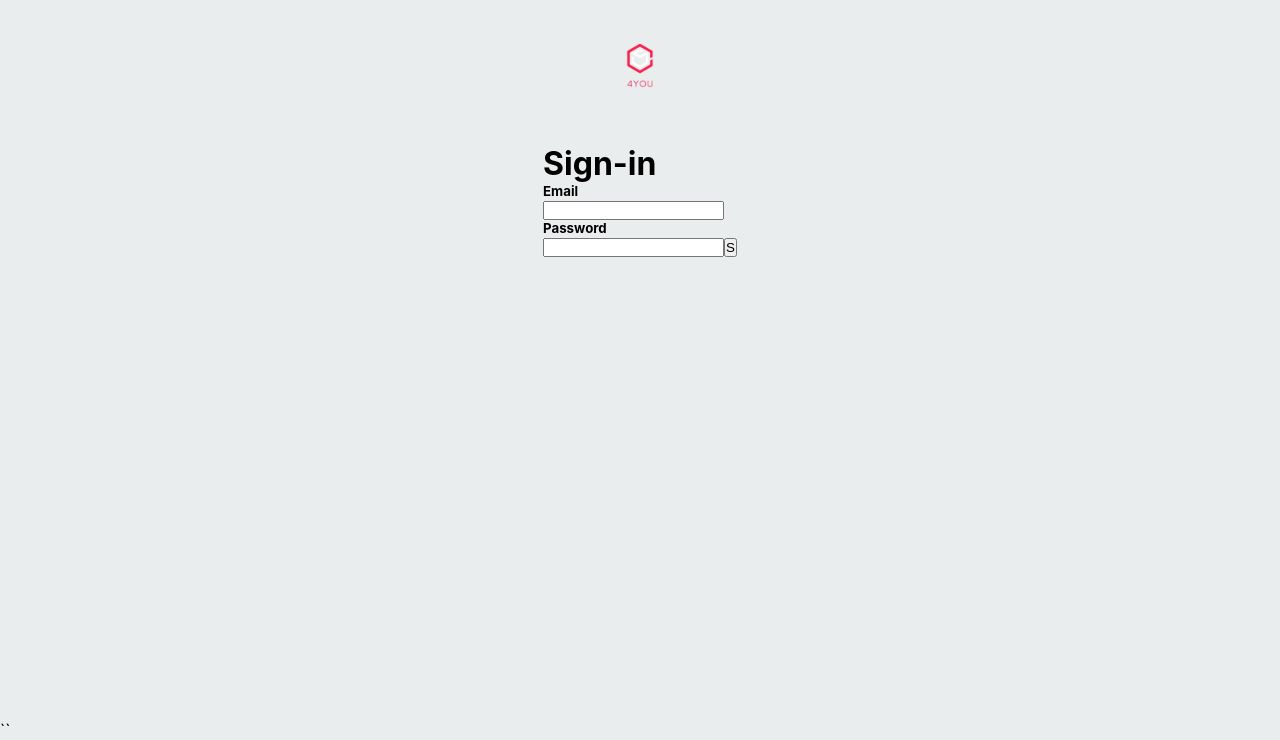
Repository: wansimathurin/4-YOU-ECOMMERCE
Page: /login
The author's editor kept a copy of each file at every save. The page is drawn from the files as they stood at one save, then again after a run of saves.
The browser window is 1280 px wide. The pictures show the whole page.
Some web libraries are served in a nearby version. The project was rebuilt for these pictures with package versions that can differ from the ones it lists, and the page was loaded fresh each time. Also part of the build but not shown: src/Header.js, src/Product.js, src/Home.css, src/Home.js, src/checkout.css, src/CheckoutProduct.css, src/CheckoutProduct.js, src/Checkout.js. Imported but missing from the stored project, and not drawn on this page: src/video.mp4.

Above is the page before, as saved 2021-06-08 05:14:26.

### public/index.html
<!DOCTYPE html>
<html lang="en">
  <head>
    <script src="https://kit.fontawesome.com/a076d05399.js" crossorigin="anonymous"></script>
    <meta charset="utf-8" />
    <link rel="icon" href="%PUBLIC_URL%/favicon.ico" />
    <meta name="viewport" content="width=device-width, initial-scale=1" />
    <meta name="theme-color" content="#000000" />
    <meta
      name="description"
      content="Web site created using create-react-app"
    />
    <link rel="apple-touch-icon" href="%PUBLIC_URL%/logo192.png" />
    <!--
      manifest.json provides metadata used when your web app is installed on a
      user's mobile device or desktop. See https://developers.google.com/web/fundamentals/web-app-manifest/
    -->
    <link rel="manifest" href="%PUBLIC_URL%/manifest.json" />
    <!--
      Notice the use of %PUBLIC_URL% in the tags above.
      It will be replaced with the URL of the `public` folder during the build.
      Only files inside the `public` folder can be referenced from the HTML.

      Unlike "/favicon.ico" or "favicon.ico", "%PUBLIC_URL%/favicon.ico" will
      work correctly both with client-side routing and a non-root public URL.
      Learn how to configure a non-root public URL by running `npm run build`.
    -->
    <title>React App</title>
  </head>
  <body>
    <noscript>You need to enable JavaScript to run this app.</noscript>
    <div id="root"></div>
    <!--
      This HTML file is a template.
      If you open it directly in the browser, you will see an empty page.

      You can add webfonts, meta tags, or analytics to this file.
      The build step will place the bundled scripts into the <body> tag.

      To begin the development, run `npm start` or `yarn start`.
      To create a production bundle, use `npm run build` or `yarn build`.
    -->
  </body>
</html>

### src/App.js
import React from "react";
import "./App.css";
import Header from './Header';
import Home from './Home';
import Checkout from './Checkout'
import Login from "./Login"

import { BrowserRouter as Router, Switch, Route } from "react-router-dom";

function App() {
  return (
    <Router>
        <div className="app">
          <Switch>
              <Route path="/checkout">
                    <Header />
                    <Checkout />
              </Route>
              <Route path="/login">
                    <Login />``
              </Route>
              <Route path="/">
                 <Header />
                 <Home />

              </Route>


          </Switch>
        </div>
    </Router>
  );
}

export default App;

### src/StateProvider.js
// setup data layer
// we need this to track the basket
import React, { createContext, useContext, useReducer } from "react";
//This is the data layer
export const StateContext = createContext()
//Build a provider
export const StateProvider = ({reducer, initialState, children}) => (
    <StateContext.Provider value={useReducer(reducer, initialState)}>
        {children}
    </StateContext.Provider>
)
//This is how we use it inside of a component
export const useStateValue = () => useContext(StateContext)

### src/reducer.js
export const initialState = {
    basket: [
      {
        id:"4444",
        title:"Poodle ( Toto )",
        price:2800,
        rating:3,
        image:"http://loveteacuppuppy.com/wp-content/uploads/2020/01/KakaoTalk_20200128_184810841-600x600.jpg",
      },
    ],
    user: null
}

export const getBasketTotal = (basket) => basket?.reduce((amount, item) => item.price + amount, 0);

function reducer(state, action) {
    switch(action.type) {
        case "SET_USER":
            return {
                ...state,
                user: action.user
            }
        case "ADD_TO_BASKET":
            return {
                ...state,
                basket: [...state.basket, action.item]
            };
        case 'REMOVE_FROM_BASKET':
            let newBasket  = [...state.basket];
            const index = state.basket.findIndex((basketItem) => basketItem.id === action.id);
            if(index >= 0) {
                //item exist in the basket, remove it
                newBasket.splice(index, 1)
            } else {
                console.warn (
                    `Can't remove product{id: ${action.id}} as it is not in the basket`
                );
            }
            return{
                ...state,
                basket: newBasket
            };
        default:
            return state
    }
}
export default reducer;

### src/Login.js
import React from 'react';
import "./Login.css";
import logo1  from "./logo1.png";
import {Link} from "react-router-dom";

function Login() {
    return (
        <div className="Login">
            <Link to="/">
            <img className="header__logo" src={logo1} alt=""></img>
            </Link>
            <div className="Login__container">
                <h1>Sign-in</h1>
                <form>
                    <h5>Email</h5>
                    <input type="text"/>
                    <h5>Password</h5>
                    <input type="password"/>
                    <button type="">S</button>
                </form>
            </div>
        </div>
    )
}

export default Login

### src/Header.css
.header{
    background-color:#296073;
    display:flex;
    align-items:center;
    position: sticky;
    top:0;
    z-index:100;
  }

.header__logo{
    width:100px;
    margin-left: 20px;
    margin-right: 20px;
    margin-top:18px;
    object-fit:contain;
}

.hearder__searchIcon{
   background-color:#f49432;
   padding:5px;
   height:22px !important;

}
.hearder__optionLineOne{
    font-size: 10px;
}
.hearder__optionLineTwo{
    font-size: 13px;
    font-weight: 800;
}
.header__search{
    display:flex;
    flex:1;
}
.header__searchInput{
    height:12px;
    padding:10px;
    border:none;
    width:100%;
}
.hearder__nav{
    display:flex;
    justify-content:space-evenly;
}
.hearder__link{
    display:flex;
    flex-direction: column;
    color: white;
    text-decoration: none;
}
.hearder__option{
    display:flex;
    flex-direction:column;
    margin-left: 10px;
    margin-right:10px;
}
.header__optionBasket{
    display:flex;
}
.headerBasketCount{
    margin-left: 10px;
    margin-right: 10px;
}

### src/Login.css
.Login{
    display:flex;
    flex-direction: column;
    align-items:center;
    height:100vh;
}

.header__logo{
    margin-top:20px;
    margin-bottom:20px;
    object-fit: contain;
    width: 100px;
    margin-left: auto;
    margin-right: auto;
}

### src/Product.css
.product__rating{
    display:flex;

}
.product{
    flex: 1;
    flex-wrap:wrap;
   display: flex;
   flex-direction:column;
   max-height:400px;
   min-width:100px;
   align-items:center;
   margin:10px;
   justify-content: flex-end;
   background-color:white;
   z-index: 1;
}
.product__price{
    margin-top: 5px;
}
.product > img{
 width: 100%;
 max-height: 200px;
 object-fit: contain;
 margin-bottom: 15px;
}
.product__info{
    max-height: 100px;
    margin:15px;
}
.product > button{
    padding:5px;
    margin-bottom: 20px;
    background-color:#296073;
    border: 1px solid;
    border-color:#296073;
}.product > button:hover{
    background-color:#f49432;
}
.fas{
    color: #f49432;
}
button{
    cursor: pointer;
}

Loaded but not shown: src/index.js (common file); src/index.css (common file); src/App.css (common file)

After the next 3 saves:
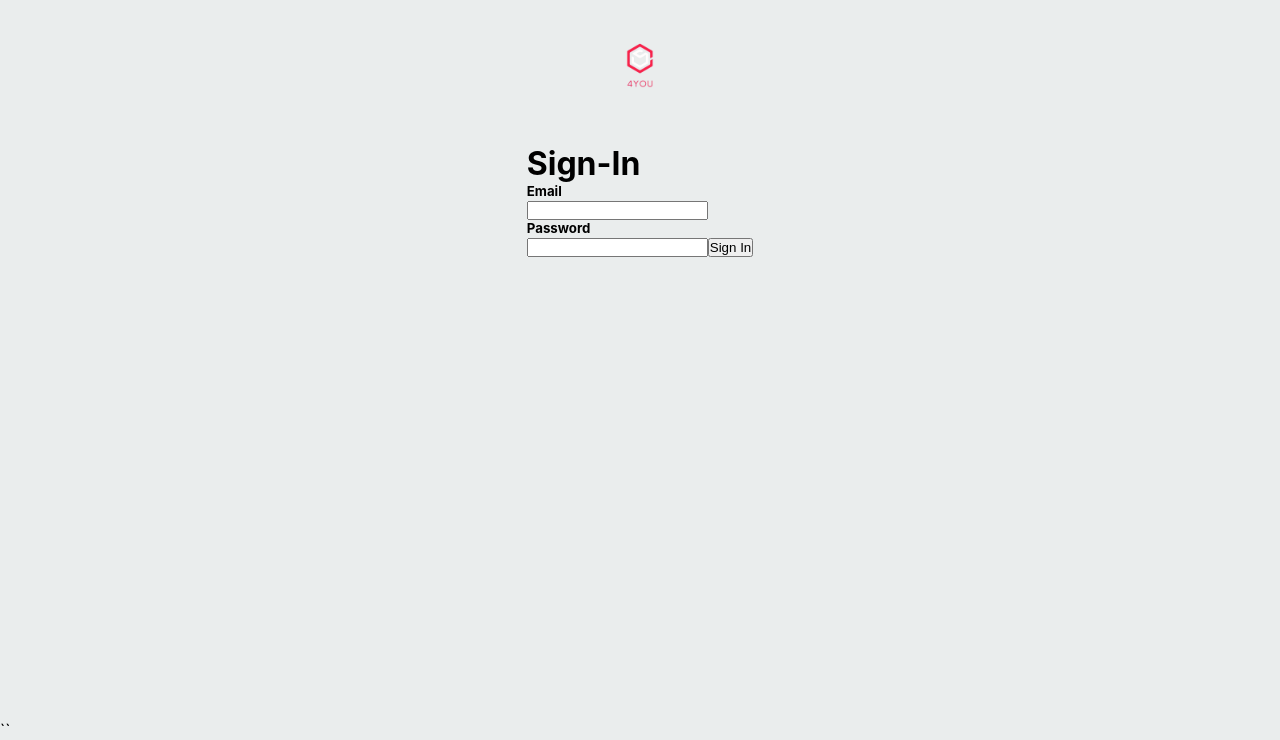
The 3 saves are shown as one change because they came seconds apart.
The last was saved 9 s later.
--- a/src/Login.js
+++ b/src/Login.js
@@ -10,13 +10,13 @@ function Login() {
             <img className="header__logo" src={logo1} alt=""></img>
             </Link>
             <div className="Login__container">
-                <h1>Sign-in</h1>
+                <h1>Sign-In</h1>
                 <form>
                     <h5>Email</h5>
                     <input type="text"/>
                     <h5>Password</h5>
                     <input type="password"/>
-                    <button type="">S</button>
+                    <button type="">Sign In</button>
                 </form>
             </div>
         </div>
